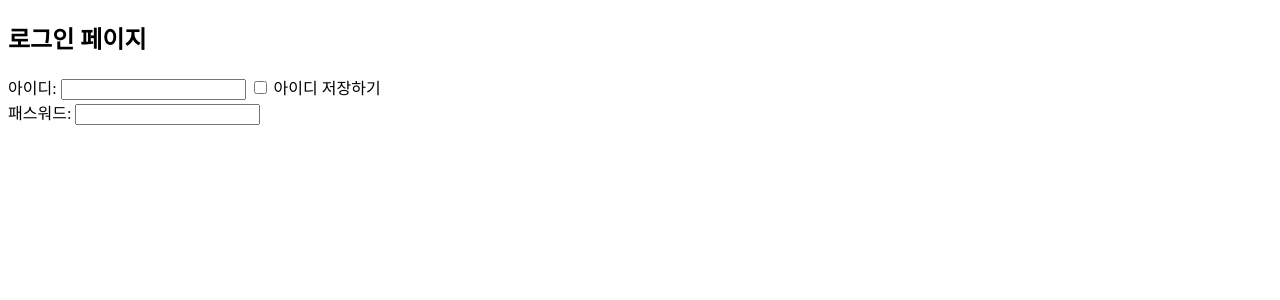
Repository: Motibidu/JSP_Servlet
Page: http://localhost/MushHaveJsp/04Cookie/IdSaveMain.jsp
An editor plug-in stored every save of this project. The page is shown before and after the next save, followed by the edit.
The browser window is 1280 px wide. The pictures show the whole page.
The page is served by Tomcat 10. Other server files are loaded and not shown.

Above is the page before, as saved 2025-05-07 06:48:14.

### MushHaveJsp/src/main/webapp/04Cookie/IdSaveMain.jsp
<%@page import="utils.CookieManager"%>
<%@ page language="java" contentType="text/html; charset=UTF-8"
	pageEncoding="UTF-8"%>
<%
String loginId = CookieManager.readCookie(request, "loginId");

String cookieCheck = "";
if (!loginId.equals(""))
{
	cookieCheck = "checked";
}
%>

<!DOCTYPE html>
<html>
<head>
<meta charset="UTF-8">
<title>Cookie - 아이디 저장하기</title>
</head>
<body>
	<h2>로그인 페이지</h2>
	<form action="IdSaveProcess.jsp" method="post">
		아이디: <input type="text" name="user_id" value="<%=loginId%>" /> <input
			type="checkbox" name="save_check" value="Y" <%=cookieCheck%> /> 아이디
		저장하기
		<br />
		패스워드: <input type="text" name="user_pw" />
		<br />


	</form>
</body>
</html>

### MushHaveJsp/src/main/java/utils/CookieManager.java
package utils;

import java.net.ResponseCache;

import jakarta.servlet.http.Cookie;
import jakarta.servlet.http.HttpServletRequest;
import jakarta.servlet.http.HttpServletResponse;

public class CookieManager
{
	public static void makeCookie(HttpServletResponse response, String cName, String cValue, int cTime)
	{
		Cookie cookie= new Cookie(cName, cValue);
		cookie.setPath("/");
		cookie.setMaxAge(cTime);
		response.addCookie(cookie);
	}

	public static String readCookie(HttpServletRequest request, String cName)
	{
		String cookieValueString= "";

		Cookie[] cookies= request.getCookies();
		if(cookies!= null)
		{
			for(Cookie c: cookies)
			{
				String cookieNameString= c.getName();
				if(cookieNameString.equals(cName))
				{
					cookieValueString= c.getValue();
				}
			}
		}

		return cookieValueString;
	}

	public static void deleteCookie(HttpServletResponse response, String cName) {
		makeCookie(response, cName, "", 0);
	}
}

After the next save:
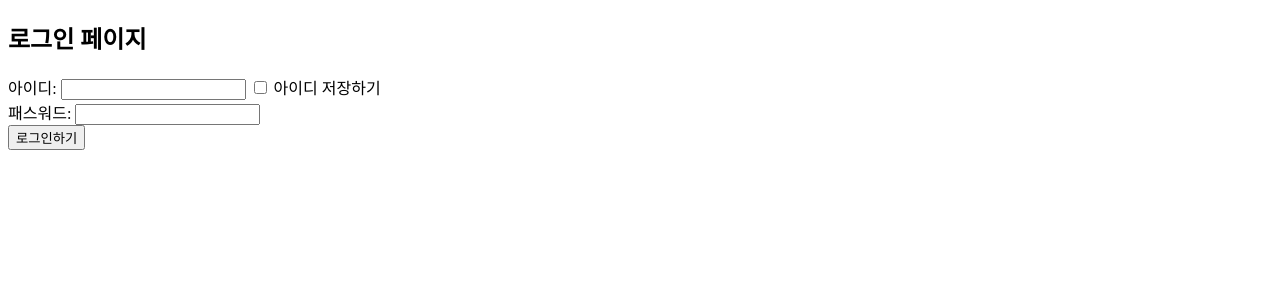
Saved 18 s later.
--- a/MushHaveJsp/src/main/webapp/04Cookie/IdSaveMain.jsp
+++ b/MushHaveJsp/src/main/webapp/04Cookie/IdSaveMain.jsp
@@ -26,8 +26,7 @@ if (!loginId.equals(""))
 		<br />
 		패스워드: <input type="text" name="user_pw" />
 		<br />
-
-
+		<input type= "submit" value="로그인하기"/>
 	</form>
 </body>
 </html>
